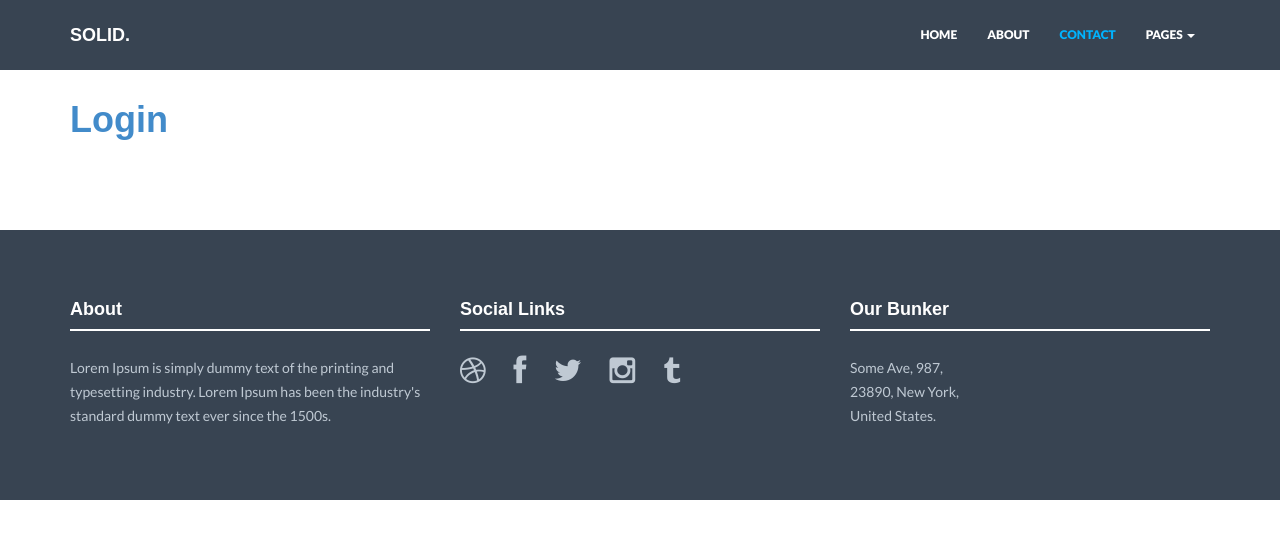
Repository: RedOx98/eclipse-workspace
Page: http://localhost/Sessions/
An editor plug-in stored every save of this project. The page is shown before and after the next save, followed by the edit.
The browser window is 1280 px wide. The pictures show the whole page.
Some web fonts or font styles are not loaded; a fallback is used. Some web libraries are served in a nearby version. The page is served by Tomcat 10.

Above is the page before, as saved 2024-05-23 10:30:57.

After the next save:
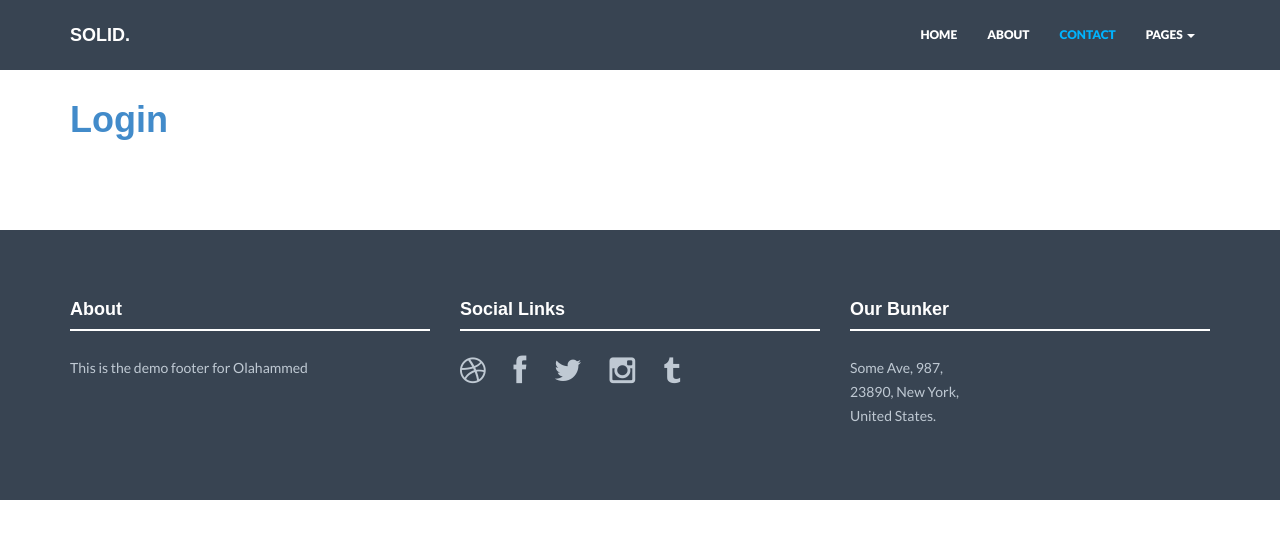
Saved 74 s later.
--- a/Sessions/src/main/webapp/include/footer.jsp
+++ b/Sessions/src/main/webapp/include/footer.jsp
@@ -9,7 +9,7 @@
                 <div class="col-lg-4">
                     <h4>About</h4>
                     <div class="hline-w"></div>
-                    <p>Lorem Ipsum is simply dummy text of the printing and typesetting industry. Lorem Ipsum has been the industry's standard dummy text ever since the 1500s.</p>
+                    <p>This is the demo footer for Olahammed</p>
                 </div>
                 <div class="col-lg-4">
                     <h4>Social Links</h4>
